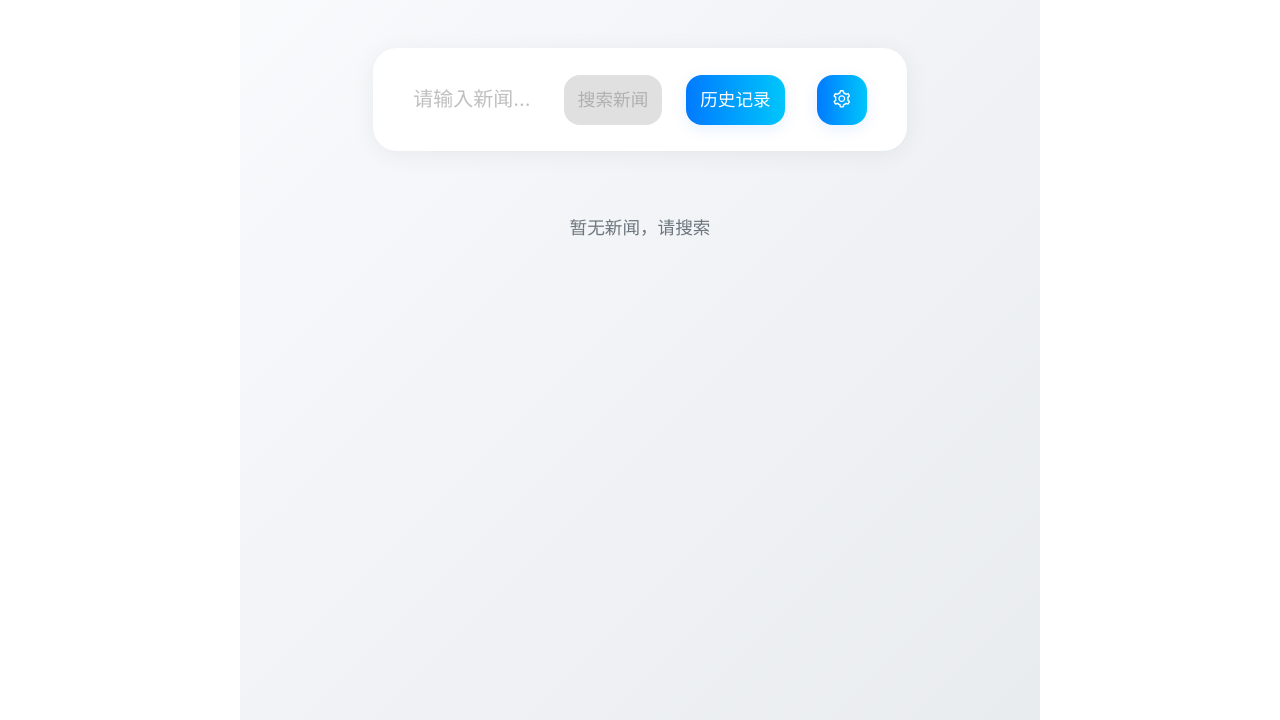
Repository: XJN7197/NewsAssistantBaseMCP
Page: / (app in frontend/)
An editor plug-in stored every save of this project. The page is shown before and after the next save, followed by the edit.
The browser window is 1280 px wide. The pictures show the whole page.
The project was rebuilt for these pictures with package versions that can differ from the ones it lists, and the page was loaded fresh each time. Also part of the build but not shown: frontend/vite.config.ts.

Above is the page before, as saved 2025-05-23 18:10:10.

### frontend/src/App.tsx
import { useState } from 'react'
import Home from './pages/Home'
import './App.css'

function App() {

  return (
    <>
      <Home/>
    </>
  )
}

export default App

### frontend/src/pages/Home.tsx
import React, { useState  } from 'react';
import { List, Checkbox, Button as AntButton, Input, Spin, Modal, Typography, Form, message } from 'antd'; // Ant Design 组件导入
import 'antd/dist/reset.css'; // 导入 Ant Design 样式
import ReactMarkdown from 'react-markdown';
import remarkGfm from 'remark-gfm';
import styles from './Home.module.css'
import { mockNewsData } from '../mock/newsData'
import { mockReportData } from '../mock/reportData'
import { SettingOutlined } from '@ant-design/icons'; // 导入设置图标

// 假设你有这些组件，后续可单独实现
// import NewsSearch from '../components/NewsSearch'
// import NewsCardList from '../components/NewsCardList'
// import AnalyzeButton from '../components/AnalyzeButton'
// import ReportModal from '../components/ReportModal'

const { Title, Text, Link } = Typography;

const Home: React.FC = () => {
  // 搜索关键词
  const [keyword, setKeyword] = useState('')
  // 新闻列表
  const [newsList, setNewsList] = useState<any[]>([])
  // 选中的新闻项
  const [selectedNews, setSelectedNews] = useState<Set<number>>(new Set());
  // 是否正在加载
  const [loading, setLoading] = useState(false)
  // 分析报告内容
  const [report, setReport] = useState<string | null>(null)
  // 控制报告弹窗显示
  const [showReport, setShowReport] = useState(false)
  // 控制设置弹窗显示
  const [showSettings, setShowSettings] = useState(false);
  // 配置数据
  const [config, setConfig] = useState<any>({});
  // 配置表单实例
  const [configForm] = Form.useForm();
  // 配置加载状态
  const [configLoading, setConfigLoading] = useState(false);
  // 在现有的状态声明下添加
  const [emailModalVisible, setEmailModalVisible] = useState(false);
  const [emailTo, setEmailTo] = useState('');
  const [emailSending, setEmailSending] = useState(false);
  const [showHistory, setShowHistory] = useState(false);
  const [historyReports, setHistoryReports] = useState<any[]>([]);
  const [selectedReport, setSelectedReport] = useState<any>(null);
  // 下载报告处理函数
  const handleDownload = () => {
    if (!report) return;

    const timestamp = new Date().toISOString().replace(/[:.]/g, '-');
    const content = report;
    const fileName = `舆情分析报告_${timestamp}.md`;
    const blob = new Blob([content], { type: 'text/plain;charset=utf-8' });
    const url = window.URL.createObjectURL(blob);
    const link = document.createElement('a');
    link.href = url;
    link.download = fileName;
    document.body.appendChild(link);
    link.click();
    document.body.removeChild(link);
    window.URL.revokeObjectURL(url);
  };

  // 搜索新闻
  const handleSearch = async () => {
    setLoading(true)
    setNewsList([]); // 清空旧的新闻列表
    setReport(null); // 清空旧的报告
    setShowReport(false); // 关闭报告弹窗

    try {
      let data;

      // 根据环境变量决定是否使用mock数据
      if (import.meta.env.VITE_USE_MOCK_NEWS === 'true') {
        // 使用mock数据
        await new Promise(resolve => setTimeout(resolve, 1000)); // 模拟延迟
        data = mockNewsData;
      } else {
        // 使用实际API
        const response = await fetch('http://localhost:8000/search', {
          method: 'POST',
          headers: {
            'Content-Type': 'application/json',
          },
          body: JSON.stringify({ keyword: keyword }),
        });

        if (!response.ok) {
          throw new Error(`HTTP error! status: ${response.status}`);
        }

        data = await response.json();
      }

      // 检查返回的数据结构，确保有 news_list 字段
      if (data && data.news_list) {
        console.log("获取到的新闻数据:", data.news_list);
        // 初始化选中状态，默认全部选中
        const initialNewsList = data.news_list.map((news: any, index: number) => ({ ...news, id: index })); // selected 属性由 selectedNews Set 管理
        setNewsList(initialNewsList);
        const initialSelected = new Set<number>(initialNewsList.map((news: any) => news.id));
        setSelectedNews(initialSelected);
      } else {
        setNewsList([{ error: '未获取到新闻数据或数据格式不正确' }]);
      }

    } catch (error) {
      console.error("搜索新闻失败:", error);
      setNewsList([{ error: `搜索新闻失败: ${error}` }]);
    } finally {
      setLoading(false);
    }
  }

  // 分析新闻
  const handleAnalyze = async () => {
    setLoading(true);
    setReport(null); // 清空旧的报告
    setShowReport(true); // Show modal immediately

    // 过滤出选中的新闻
    const newsToAnalyze = newsList.filter(news => selectedNews.has(news.id));

    if (newsToAnalyze.length === 0) {
        setReport("没有新闻内容可供分析。");
        setLoading(false);
        return;
    }

    try {
      let data;

      // 根据环境变量决定是否使用mock数据
      if (import.meta.env.VITE_USE_MOCK_REPORT === 'true') {
        // 使用mock数据
        await new Promise(resolve => setTimeout(resolve, 1000)); // 模拟延迟
        data = mockReportData;
      } else {
        // 使用实际API
        const response = await fetch('http://localhost:8000/analyze', {
          method: 'POST',
          headers: {
            'Content-Type': 'application/json',
          },
          body: JSON.stringify({ news_list: newsToAnalyze }),
        });

        if (!response.ok) {
          throw new Error(`HTTP error! status: ${response.status}`);
        }

        data = await response.json();
      }

      // 检查返回的数据结构，确保有 report 字段
      if (data && data.report) {
        console.log("获取到的分析报告:", data.report);
        setReport(data.report);
      } else {
        setReport("未获取到分析报告或报告格式不正确");
      }

    } catch (error) {
      console.error("分析新闻失败:", error);
      setReport(`分析新闻失败: ${error}`);
    } finally {
      setLoading(false);
    }
  }



  // 获取配置
  const fetchConfig = async () => {
    setConfigLoading(true);
    try {
      const response = await fetch('http://localhost:8000/config');
      if (!response.ok) {
        throw new Error(`HTTP error! status: ${response.status}`);
      }
      const data = await response.json();
      if (data && data.config) {
        setConfig(data.config);
        configForm.setFieldsValue(data.config); // 设置表单初始值
      } else if (data && data.error) {
        message.error(`获取配置失败: ${data.error}`);
      } else {
        message.error('获取配置失败: 未知错误');
      }
    } catch (error) {
      console.error("获取配置失败:", error);
      message.error(`获取配置失败: ${error}`);
    } finally {
      setConfigLoading(false);
    }
  };

  // 更新配置
  const updateConfig = async (values: any) => {
    setConfigLoading(true);
    try {
      const response = await fetch('http://localhost:8000/config', {
        method: 'POST',
        headers: {
          'Content-Type': 'application/json',
        },
        body: JSON.stringify({ config: values }),
      });

      if (!response.ok) {
        throw new Error(`HTTP error! status: ${response.status}`);
      }

      const data = await response.json();
      if (data && data.status === '✅ .env 文件已更新') {
        message.success('配置更新成功！');
        setConfig(data.config); // 更新本地配置状态
        setShowSettings(false); // 关闭弹窗
      } else if (data && data.error) {
        message.error(`更新配置失败: ${data.error}`);
      } else {
        message.error('更新配置失败: 未知错误');
      }

    } catch (error) {
      console.error("更新配置失败:", error);
      message.error(`更新配置失败: ${error}`);
    } finally {
      setConfigLoading(false);
    }
  };

  // 处理设置按钮点击
  const handleSettingsClick = () => {
    setShowSettings(true);
    fetchConfig(); // 打开弹窗时获取最新配置
  };
    // 添加邮件发送函数
  const handleSendEmail = async () => {
    if (!report || !emailTo) return;

    setEmailSending(true);
    try {
      const response = await fetch('http://localhost:8000/send_email', {
        method: 'POST',
        headers: {
          'Content-Type': 'application/json',
        },
        body: JSON.stringify({
          to: emailTo,
          subject: `舆情分析报告 - ${keyword}`,
          report_content: report
        }),
      });

      const data = await response.json();
      if (data.status === 'success') {
        message.success('邮件发送成功！');
        setEmailModalVisible(false);
      } else {
        message.error(`邮件发送失败: ${data.message}`);
      }
    } catch (error) {
      console.error("邮件发送失败:", error);
      message.error(`邮件发送失败: ${error}`);
    } finally {
      setEmailSending(false);
    }
  };

  // 添加获取历史报告列表函数
  const fetchHistoryReports = async () => {
    setLoading(true);
    try {
      const response = await fetch('http://localhost:8000/reports');
      const data = await response.json();
      if (data.reports) {
        setHistoryReports(data.reports);
      } else if (data.message) {
        message.error(`获取历史报告失败: ${data.message}`);
      }
    } catch (error) {
      console.error("获取历史报告失败:", error);
      message.error(`获取历史报告失败: ${error}`);
    } finally {
      setLoading(false);
    }
  };

  // 添加查看历史报告内容函数
  const viewHistoryReport = async (filename: string) => {
    setLoading(true);
    try {
      const response = await fetch(`http://localhost:8000/reports/${filename}`);
      const data = await response.json();
      if (data.content) {
        setReport(data.content);
        setSelectedReport({
          filename: data.filename
        });
        setShowReport(true);
        setShowHistory(false);
      } else if (data.message) {
        message.error(`获取报告内容失败: ${data.message}`);
      }
    } catch (error) {
      console.error("获取报告内容失败:", error);
      message.error(`获取报告内容失败: ${error}`);
    } finally {
      setLoading(false);
    }
  };

  return (
    <div className={styles['home-container']}>
      {/* 搜索栏 - 使用 Ant Design 组件 */}
      {/* 在搜索栏中添加历史记录按钮 */}
      <div className={styles['search-bar']}>
        <Input
          placeholder="请输入新闻关键词"
          value={keyword}
          onChange={e => setKeyword(e.target.value)}
          onPressEnter={handleSearch} // 支持回车搜索
          style={{ flex: 1, fontSize: '1.25rem', padding: '12px 0' }} // 保持原有部分样式
        />
        <AntButton
          type="primary"
          onClick={handleSearch}
          loading={loading}
          disabled={!keyword}
          style={{ borderRadius: '16px', padding: '14px', fontSize: '1.1rem', fontWeight: 500 }} // 保持原有部分样式，并添加右边距
        >
          搜索新闻
        </AntButton>
        {/* 历史记录按钮 */}
        <AntButton
          onClick={() => {
            setShowHistory(true);
            fetchHistoryReports();
          }}
          style={{ borderRadius: '16px', padding: '14px', fontSize: '1.1rem', fontWeight: 500, marginRight: '8px' }}
        >
          历史记录
        </AntButton>
        {/* 设置按钮 */}
        <AntButton
          icon={<SettingOutlined />}
          onClick={handleSettingsClick}
          style={{ width:'50px',borderRadius: '16px', padding: '14px', fontSize: '1.1rem', fontWeight: 500 }}
        />
      </div>
      {/* 历史记录弹窗 */}
      <Modal
        title={<Title level={3} style={{ textAlign: 'center', marginBottom: 0 }}>历史分析报告</Title>}
        open={showHistory}
        onCancel={() => setShowHistory(false)}
        footer={[
          <AntButton key="close" type="primary" onClick={() => setShowHistory(false)} style={{ borderRadius: '12px' }}>
            关闭
          </AntButton>
        ]}
        width="60vw"
        styles={{ body: { maxHeight: '70vh', overflowY: 'auto', background: '#fff', padding: '24px 40px' } }}
      >
        {loading ? (
          <div style={{ textAlign: 'center', padding: '40px 0' }}>
            <Spin size="large" tip="加载历史报告中..." />
          </div>
        ) : historyReports.length > 0 ? (
          <List
            itemLayout="horizontal"
            dataSource={historyReports}
            renderItem={item => (
              <List.Item
                actions={[
                  <AntButton type="link" onClick={() => viewHistoryReport(item.filename)}>查看</AntButton>,
                  <AntButton
                    type="link"
                    onClick={() => {
                      viewHistoryReport(item.filename).then(() => {
                        setEmailModalVisible(true);
                      });
                    }}
                  >
                    发送邮件
                  </AntButton>
                ]}
                style={{ background: '#fff', borderRadius: '12px', marginBottom: '16px', padding: '20px', boxShadow: '0 2px 12px 0 rgba(0,0,0,0.05)' }}
              >
                <List.Item.Meta
                  title={<Title level={5} style={{ margin: 0, fontSize: '1.3rem', fontWeight: 600, color: '#1d1d1f' }}>{item.keyword || '未知关键词'}</Title>}
                  description={
                    <div>
                      <Text type="secondary" style={{ fontSize: '1rem', display: 'block', marginBottom: '8px' }}>
                        创建时间: {item.created_at}
                      </Text>
                      <Text type="secondary" style={{ fontSize: '1rem', lineHeight: 1.6, display: '-webkit-box', WebkitLineClamp: 2, WebkitBoxOrient: 'vertical', overflow: 'hidden', textOverflow: 'ellipsis' }}>
                        {item.summary}
                      </Text>
                    </div>
                  }
                />
              </List.Item>
            )}
          />
        ) : (
          <div style={{ textAlign: 'center', color: '#6c757d', fontSize: '1.1rem', padding: '40px 0' }}>暂无历史报告</div>
        )}
      </Modal>
      {/* 新闻列表 - 使用 Ant Design List 组件 */}
      <div className={styles['news-list-container']}> {/* 新增一个容器来控制 List 的宽度和间距 */}
        {loading && newsList.length === 0 && <div style={{ textAlign: 'center', padding: '40px 0' }}><Spin size="large" /></div>}
        {!loading && newsList.length === 0 && <div style={{ textAlign: 'center', color: '#6c757d', fontSize: '1.1rem', padding: '40px 0' }}>暂无新闻，请搜索</div>}
        {newsList.length > 0 && newsList[0].error && (
          <div className={styles['error-message']}>{newsList[0].error}</div>
        )}
        {newsList.length > 0 && !newsList[0].error && (
          <List
            itemLayout="horizontal"
            dataSource={newsList}
            renderItem={item => {
              const onItemChange = (e: any) => {
                setSelectedNews(prevSelected => {
                  const newSelected = new Set(prevSelected);
                  if (e.target.checked) {
                    newSelected.add(item.id);
                  } else {
                    newSelected.delete(item.id);
                  }
                  return newSelected;
                });
              };
              return (
                <List.Item
                  actions={[
                    <Link href={item.url} target="_blank" rel="noopener noreferrer">阅读原文</Link>
                  ]}
                  style={{ background: '#fff', borderRadius: '12px', marginBottom: '16px', padding: '20px', boxShadow: '0 2px 12px 0 rgba(0,0,0,0.05)' }}
                >
                  <List.Item.Meta
                    avatar={<Checkbox checked={selectedNews.has(item.id)} onChange={onItemChange} style={{paddingRight: '10px'}}/>}
                    title={<Title level={5} style={{ margin: 0, fontSize: '1.3rem', fontWeight: 600, color: '#1d1d1f' }}>{item.title}</Title>}
                    description={<Text type="secondary" style={{ fontSize: '1rem', lineHeight: 1.6, display: '-webkit-box', WebkitLineClamp: 3, WebkitBoxOrient: 'vertical', overflow: 'hidden', textOverflow: 'ellipsis' }}>{item.desc}</Text>}
                  />
                </List.Item>
              );
            }}
          />
        )}
      </div>

      {/* 一键分析按钮 - 使用 Ant Design Button */}
      {newsList.length > 0 && !newsList[0].error && (
        <div className={styles['analyze-btn']}>
          <AntButton
            type="primary"
            onClick={handleAnalyze}
            loading={loading}
            disabled={selectedNews.size === 0}
            style={{ borderRadius: '16px', padding: '16px 48px', fontSize: '1.2rem', fontWeight: 600, background: 'linear-gradient(90deg, #34e89e 0%, #0f3443 100%)' }} // 保持原有部分样式
          >
            一键舆情分析
          </AntButton>
        </div>
      )}

      {/* 分析报告弹窗 - 使用 Ant Design Modal */}
      <Modal
        title={<Title level={3} style={{ textAlign: 'center', marginBottom: 0 }}>舆情分析报告</Title>}
        open={showReport}
        onCancel={() => setShowReport(false)}
        footer={[
          <AntButton
            key="download"
            onClick={handleDownload}
            disabled={!report}
            style={{ borderRadius: '12px', marginRight: '8px' }}
          >
            下载报告
          </AntButton>,
          <AntButton
            key="email"
            onClick={() => setEmailModalVisible(true)}
            disabled={!report}
            style={{ borderRadius: '12px', marginRight: '8px' }}
          >
            发送邮件
          </AntButton>,
          <AntButton key="close" type="primary" onClick={() => setShowReport(false)} style={{ borderRadius: '12px' }}>
            关闭
          </AntButton>
        ]}
        width="60vw"
        styles={{ body: { maxHeight: '70vh', overflowY: 'auto', background: '#fff', padding: '24px 40px' } }}
      >
        {loading && !report ? (
          <div style={{ textAlign: 'center', padding: '40px 0' }}>
            <Spin size="large" tip="分析报告生成中..." />
          </div>
        ) : report ? (
          <ReactMarkdown remarkPlugins={[remarkGfm]}>{report}</ReactMarkdown>
        ) : (
          <Text>报告生成中或无内容...</Text>
        )}
      </Modal>

      {/* 邮件发送弹窗 */}
      <Modal
        title="发送分析报告到邮箱"
        open={emailModalVisible}
        onCancel={() => setEmailModalVisible(false)}
        footer={[
          <AntButton key="cancel" onClick={() => setEmailModalVisible(false)} style={{ borderRadius: '12px' }}>
            取消
          </AntButton>,
          <AntButton
            key="send"
            type="primary"
            loading={emailSending}
            onClick={handleSendEmail}
            disabled={!emailTo}
            style={{ borderRadius: '12px' }}
          >
            发送
          </AntButton>,
        ]}
      >
        <Form layout="vertical">
          <Form.Item
            label="收件人邮箱"
            rules={[{ required: true, message: '请输入收件人邮箱!' }]}
          >
            <Input
              placeholder="请输入收件人邮箱"
              value={emailTo}
              onChange={e => setEmailTo(e.target.value)}
            />
          </Form.Item>
        </Form>
      </Modal>
      {/* 设置弹窗 */}
      <Modal
        title={<Title level={3} style={{ textAlign: 'center', marginBottom: 0 }}>配置设置</Title>}
        open={showSettings}
        onCancel={() => setShowSettings(false)}
        footer={[
          <AntButton key="cancel" onClick={() => setShowSettings(false)} style={{ borderRadius: '12px' }}>
            取消
          </AntButton>,
          <AntButton key="submit" type="primary" loading={configLoading} onClick={() => configForm.submit()} style={{ borderRadius: '12px' }}>
            保存
          </AntButton>,
        ]}
        width="50vw"
        styles={{ body: { maxHeight: '70vh', overflowY: 'auto', background: '#fff', padding: '24px 40px' } }}
      >
        {configLoading && Object.keys(config).length === 0 ? (
          <div style={{ textAlign: 'center', padding: '40px 0' }}>
            <Spin size="large" tip="加载配置中..." />
          </div>
        ) : (
          <Form
            form={configForm}
            layout="vertical"
            onFinish={updateConfig}
            initialValues={config} // 使用状态中的配置作为初始值
          >
            {Object.keys(config).map(key => (
              <Form.Item
                key={key}
                label={key}
                name={key}
                rules={[{ required: true, message: `请输入 ${key}!` }]} // 简单的必填校验
              >
                <Input />
              </Form.Item>
            ))}
          </Form>
        )}
      </Modal>
    </div>
  )
}

export default Home

### frontend/src/mock/newsData.ts
export const mockNewsData = {
    news_list: [
      {
        title: "Qwen引领AI前端技术革新：深度解析一句话开发网页的突破_模型_行业_创新",
        desc: "在人工智能快速发展的2025年，来自量子位的最新报道显示，AI技术正迎来前所未有的革新，尤其是在前端开发领域。由Qwen推出的“AI前端工程师”WebDev工具，以...",
        url: "https://news.sohu.com/a/893821748_121924584"
      },
      {
        title: "谷歌推Gemini2.5Pro模型，AI 助力前端开发与复杂编程",
        desc: "谷歌推Gemini2.5Pro模型#，AI 助力前端开发与复杂编程】5 月7 日消息，科技媒体The Decoder 昨日（5 月6 日）发布博文，报道称谷歌为预热今年的I/O...",
        url: "https://news.sina.com.cn/external/car/2025-05-07/doc-inevtine1324735.shtml"
      },
      {
        title: "前端程序员请注意！首个截图就能生成现代前端代码的AI来了 | 已开源",
        desc: "现在截图生成代码，已经来到了一个新高度——. ⾸个⾯向现代前端代码⽣成的多模态⼤模型解决⽅案，来了！ 而且是开源的那种。 前端程序员请注意！首个截图就能...",
        url: "https://www.qbitai.com/2025/02/258521.html"
      },
      {
        title: "AI包办79%代码，程序员饭碗不保，前端开发要凉，人类只配改Bug？",
        desc: "编码助手更偏向自动化。有79%的Claude Code对话可以被归为「自动化」，即AI直接完成任务，而不是与人类协作「增强」。相比之下，Claude.ai的对话中只有49%是...",
        url: "https://m.36kr.com/p/3271134281245063"
      },
      {
        title: "武汉烽火申请前后端协同开发方法专利，大大降低前后端耦合度",
        desc: "本文源自:金融界. 金融界2025年5月15日消息，国家知识产权局信息显示，武汉烽火信息集成技术有限公司申请一项名为“前后端协同开发方法、装置、设备及可...",
        url: "https://cj.sina.cn/articles/view/1704103183/65928d0f02007wlqg?froms=ggmp"
      }
    ]
  };

### frontend/src/mock/reportData.ts
// 模拟舆情分析报告数据
export const mockReportData = {
  report: `
  **分析时间：** 2025-05-22 20:48:32

  ---

  ## 📥 原始新闻内容

  ### 新闻1
  - **标题**: Qwen引领AI前端技术革新：深度解析一句话开发网页的突破_模型_行业_创新
  - **描述**: 在人工智能快速发展的2025年，来自量子位的最新报道显示，AI技术正迎来前所未有的革新，尤其是在前端开发领域。由Qwen推出的“AI前端工程师”WebDev工具，以...
  - **链接**: https://news.sohu.com/a/893821748_121924584

  ### 新闻2
  - **标题**: 谷歌推Gemini2.5Pro模型，AI 助力前端开发与复杂编程
  - **描述**: 谷歌推Gemini2.5Pro模型#，AI 助力前端开发与复杂编程】5 月7 日消息，科技媒体The Decoder 昨日（5 月6 日）发布博文，报道称谷歌为预热今年的I/O...
  - **链接**: https://news.sina.com.cn/external/car/2025-05-07/doc-inevtine1324735.shtml

  ### 新闻3
  - **标题**: 前端程序员请注意！首个截图就能生成现代前端代码的AI来了 | 已开源
  - **描述**: 现在截图生成代码，已经来到了一个新高度——. ⾸个⾯向现代前端代码⽣成的多模态⼤模型解决⽅案，来了！ 而且是开源的那种。 前端程序员请注意！首个截图就能...
  - **链接**: https://www.qbitai.com/2025/02/258521.html

  ### 新闻4
  - **标题**: AI包办79%代码，程序员饭碗不保，前端开发要凉，人类只配改Bug？
  - **描述**: 编码助手更偏向自动化。有79%的Claude Code对话可以被归为「自动化」，即AI直接完成任务，而不是与人类协作「增强」。相比之下，Claude.ai的对话中只有49%是...
  - **链接**: https://m.36kr.com/p/3271134281245063

  ### 新闻5
  - **标题**: 武汉烽火申请前后端协同开发方法专利，大大降低前后端耦合度
  - **描述**: 本文源自:金融界. 金融界2025年5月15日消息，国家知识产权局信息显示，武汉烽火信息集成技术有限公司申请一项名为“前后端协同开发方法、装置、设备及可...
  - **链接**: https://cj.sina.cn/articles/view/1704103183/65928d0f02007wlqg?froms=ggmp

  ---

  ## 📊 分析结果

  ### 舆情分析报告
  **日期**：2025年5月
  **分析范围**：五篇关于AI与前端开发的新闻

  ---

  #### **一、情绪倾向分析**
  | 新闻编号 | 情绪倾向 | 原因说明 |
  |----------|----------|----------|
  | **新闻1** | **正面** | 强调Qwen的“革新”“突破”等词汇，突出AI技术对前端开发的赋能，传递积极创新信号。 |
  | **新闻2** | **正面** | 谷歌推出新模型推动“AI助力前端开发”，体现技术迭代的行业趋势，语气温和但积极。 |
  | **新闻3** | **正面** | 聚焦“首个截图生成代码”“开源”等关键词，展示AI工具的实用性和开放性，引发开发者关注。 |
  | **新闻4** | **负面** | 标题直接使用“饭碗不保”“要凉”等强烈词汇，讨论AI对程序员职业的冲击，情绪偏担忧。 |
  | **新闻5** | **正面** | 武汉烽火的专利申请聚焦“降低耦合度”技术优化，体现行业对效率提升的关注，属中性积极技术报道。 |

  ---

  #### **二、舆情总结**
  1. **技术革新主导正面情绪**
     - 多篇新闻聚焦AI在前端开发中的创新应用（如Qwen、Gemini2.5Pro、开源工具），强调效率提升、自动化开发等优势，反映行业对AI技术的期待与认可。
     - 专利申请（新闻5）进一步表明企业对技术优化的重视，传递积极发展趋势。

  2. **负面情绪集中于就业风险**
     - 新闻4通过“79%代码由AI包办”“程序员饭碗不保”等表述，引发对AI替代人力的焦虑，负面情绪显著，但未否认技术价值。

  3. **行业矛盾与机遇并存**
     - 正面报道多关注技术突破，负面内容则反映人类与AI协作模式的争议，整体呈现“技术进步”与“职业担忧”的双重叙事。

  ---

  #### **三、建议**
  - **技术开发者**：关注AI工具的开源与迭代（如新闻3），同时提升复合技能以适应自动化趋势。
  - **企业与政策制定者**：平衡技术应用与就业保障，推动人机协作模式的探索。
  - **媒体传播**：客观呈现AI对行业的赋能与挑战，避免过度渲染负面情绪。

  **结论**：当前舆情以技术革新为核心积极主题，但需警惕AI对职业结构的潜在冲击，行业需在创新与人文关怀间寻求平衡。
`
}

Loaded but not shown: frontend/index.html (common file); frontend/src/main.tsx (common file); frontend/src/index.css (common file); frontend/src/App.css (common file); frontend/src/pages/Home.module.css (113 lines, source omitted)

After the next save:
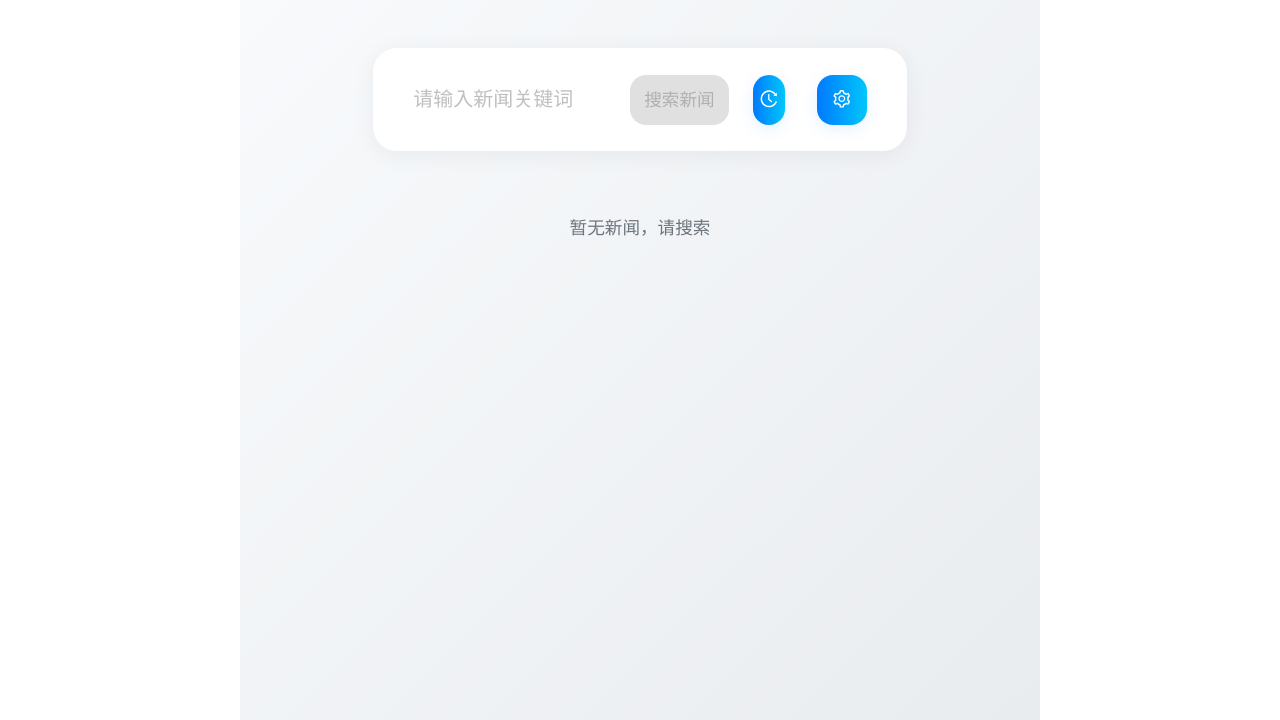
Saved 18 min 12 s later.
--- a/frontend/src/pages/Home.tsx
+++ b/frontend/src/pages/Home.tsx
@@ -1,12 +1,12 @@
 import React, { useState  } from 'react';
-import { List, Checkbox, Button as AntButton, Input, Spin, Modal, Typography, Form, message } from 'antd'; // Ant Design 组件导入
+import { List, Checkbox, Button as AntButton, Input, Spin, Modal, Typography, Form, message } from 'antd';
 import 'antd/dist/reset.css'; // 导入 Ant Design 样式
 import ReactMarkdown from 'react-markdown';
 import remarkGfm from 'remark-gfm';
 import styles from './Home.module.css'
 import { mockNewsData } from '../mock/newsData'
 import { mockReportData } from '../mock/reportData'
-import { SettingOutlined } from '@ant-design/icons'; // 导入设置图标
+import { SettingOutlined, HistoryOutlined } from '@ant-design/icons'; // 导入设置图标
 
 // 假设你有这些组件，后续可单独实现
 // import NewsSearch from '../components/NewsSearch'
@@ -336,13 +336,13 @@ const Home: React.FC = () => {
         </AntButton>
         {/* 历史记录按钮 */}
         <AntButton
+        icon={<HistoryOutlined />}
           onClick={() => {
             setShowHistory(true);
             fetchHistoryReports();
           }}
           style={{ borderRadius: '16px', padding: '14px', fontSize: '1.1rem', fontWeight: 500, marginRight: '8px' }}
         >
-          历史记录
         </AntButton>
         {/* 设置按钮 */}
         <AntButton
